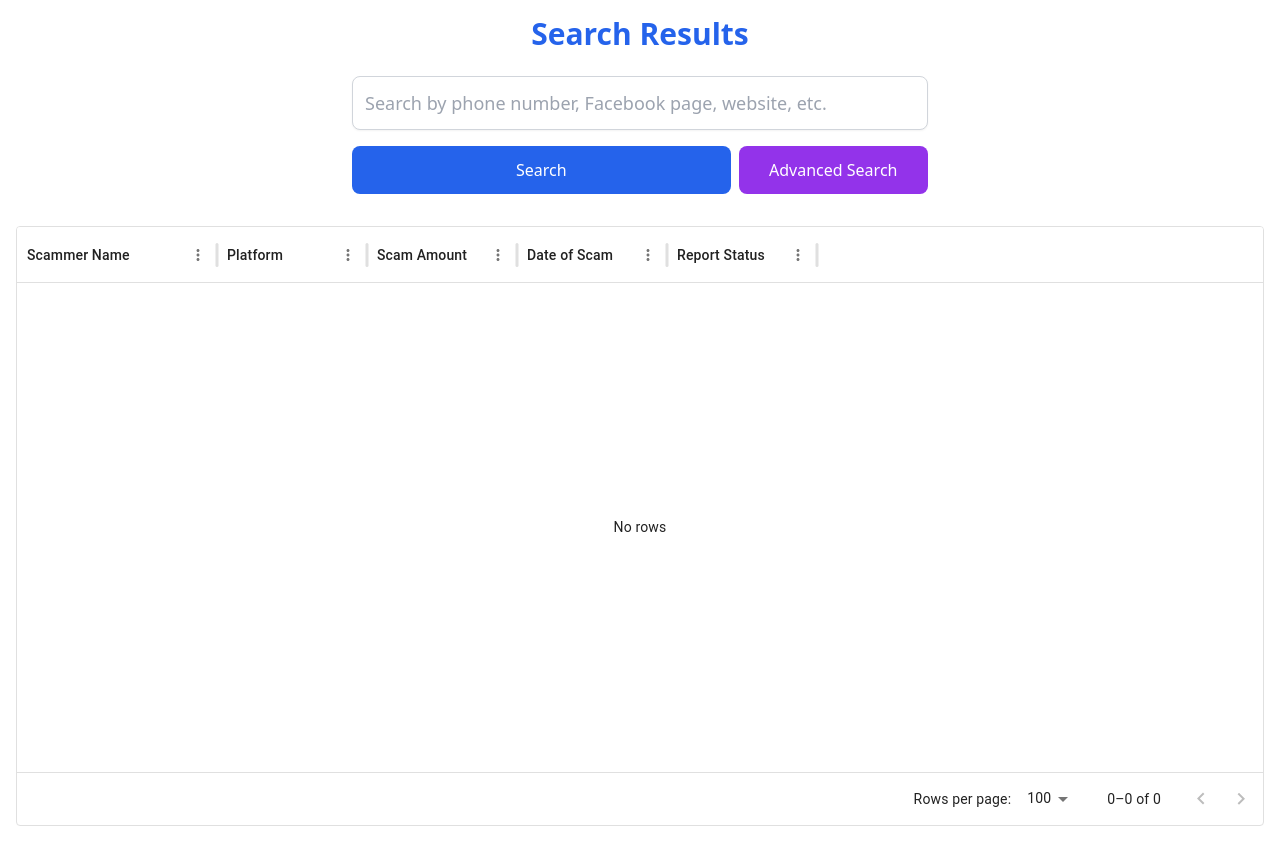
Repository: dev-athar/protarok
Page: /advanced-search
An editor plug-in stored every save of this project. The page is shown before and after the next save, followed by the edit.
The browser window is 1280 px wide. The pictures show the whole page.
The project was rebuilt for these pictures with package versions that can differ from the ones it lists, and the page was loaded fresh each time. Also part of the build but not shown: vite.config.ts, src/pages/RecentScamsList.tsx, src/pages/HomePage.tsx, src/pages/SubmitScamPage.tsx, src/pages/ImageUploader.tsx, src/pages/SearchPage.tsx, src/pages/ImageSection.tsx, src/pages/ScamDetailPage.tsx.

Above is the page before, as saved 2025-01-01 17:43:47.

### src/main.tsx
import { StrictMode } from "react";
import { createRoot } from "react-dom/client";
import "./index.css";
// import "./styles.css";
import App from "./App.tsx";

createRoot(document.getElementById("root")!).render(
  <StrictMode>
    <App />
  </StrictMode>
);

### src/App.tsx
// src/App.js
import { BrowserRouter as Router, Routes, Route } from "react-router-dom";
import HomePage from "./pages/HomePage";
import SubmitScamPage from "./pages/SubmitScamPage";
import ImageUploader from "./pages/ImageUploader";
import AdvancedSearchPage from "./pages/AdvancedSearchPage";
import SearchPage from "./pages/SearchPage";
import ScamDetailPage from "./pages/ScamDetailPage";

function App() {
  return (
    <Router>
      <Routes>
        <Route path="/" element={<HomePage />} />
        <Route path="/search" element={<SearchPage />} />
        <Route path="/advanced-search" element={<AdvancedSearchPage />} />
        <Route path="/submit-scam" element={<SubmitScamPage />} />
        <Route path="/test" element={<ImageUploader />} />
        <Route path="/scam-detail/:id" element={<ScamDetailPage />} />
      </Routes>
    </Router>
  );
}

export default App;

### src/pages/AdvancedSearchPage.tsx
//    scamProfileName: "Scammer1",
// platform: "Social Media",
// scamAmount: "$500",
// dateOfScam: "2024-12-20",
//bankDetails
//paymentPlatform

import React, { useState, useEffect } from "react";
import { DataGrid } from "@mui/x-data-grid";
import { useLocation } from "react-router-dom";
import SearchBar from "./SearchBar";
import { supabase } from "../supabase"; // Ensure you have the supabase client setup

const AdvancedSearchPage = () => {
  const location = useLocation();
  const queryParams = new URLSearchParams(location.search);
  const initialSearchTerm = queryParams.get("query") || "";
  const [searchTerm, setSearchTerm] = useState(initialSearchTerm);
  const [searchResults, setSearchResults] = useState([]);
  const [loading, setLoading] = useState(false);

  useEffect(() => {
    const fetchSearchResults = async () => {
      if (searchTerm.trim() === "") {
        setSearchResults([]);
        return;
      }

      setLoading(true);

      try {
        const { data, error } = await supabase
          .from("scamReports")
          .select(
            "scamProfileName, platform, scamAmount, dateOfScam, reportStatus"
          )
          .ilike("scamProfileName", `%${searchTerm}%`);

        if (error) throw error;

        setSearchResults(data);
      } catch (error) {
        console.error("Error fetching search results:", error);
        setSearchResults([]);
      } finally {
        setLoading(false);
      }
    };

    fetchSearchResults();
  }, [searchTerm]);

  const handleSearch = (newSearchTerm) => {
    setSearchTerm(newSearchTerm);
  };

  const columns = [
    { field: "scamProfileName", headerName: "Scammer Name", width: 200 },
    { field: "platform", headerName: "Platform", width: 150 },
    { field: "scamAmount", headerName: "Scam Amount", width: 150 },
    { field: "dateOfScam", headerName: "Date of Scam", width: 150 },
    { field: "reportStatus", headerName: "Report Status", width: 150 },
  ];

  return (
    <div className="p-4">
      <header className="text-center mb-6">
        <h1 className="text-3xl font-bold text-blue-600">Search Results</h1>
      </header>
      <SearchBar onSearch={handleSearch} initialQuery={searchTerm} />
      <div style={{ height: 600, width: "100%", backgroundColor: "white" }}>
        <DataGrid
          rows={searchResults}
          columns={columns}
          pageSize={5}
          rowsPerPageOptions={[5, 10, 20]}
          loading={loading}
          getRowId={(row) => row.scamProfileName}
          disableSelectionOnClick
        />
      </div>
    </div>
  );
};

export default AdvancedSearchPage;

### src/pages/SearchBar.tsx
// src/components/SearchBar.js
import { useState, useEffect } from "react";
import { useNavigate } from "react-router-dom";

function SearchBar({ initialQuery = "", onSearch }) {
  const [searchTerm, setSearchTerm] = useState(initialQuery);
  const navigate = useNavigate();

  useEffect(() => {
    setSearchTerm(initialQuery);
  }, [initialQuery]);

  const handleSearch = () => {
    if (searchTerm.trim() !== "") {
      navigate(`/search?query=${encodeURIComponent(searchTerm)}`);
      if (onSearch) onSearch(searchTerm);
    }
  };

  const handleAdvancedSearch = () => {
    if (searchTerm.trim() !== "") {
      navigate(`/advanced-search?query=${encodeURIComponent(searchTerm)}`);
      if (onSearch) onSearch(searchTerm);
    }
  };

  return (
    <div className="max-w-xl mx-auto mb-8">
      <input
        type="text"
        className="w-full p-3 text-lg border border-gray-300 rounded-lg shadow-sm focus:outline-none focus:ring-2 focus:ring-blue-500"
        placeholder="Search by phone number, Facebook page, website, etc."
        value={searchTerm}
        onChange={(e) => setSearchTerm(e.target.value)}
        onKeyDown={(e) => e.key === "Enter" && handleSearch()}
      />
      <div className="flex justify-between items-center mt-4">
        <button
          onClick={handleSearch}
          className="w-2/3 bg-blue-600 text-white py-3 px-4 rounded-lg hover:bg-blue-700 transition duration-300 mr-2"
        >
          Search
        </button>
        <button
          onClick={handleAdvancedSearch}
          className="w-1/3 bg-purple-600 text-white py-3 px-4 rounded-lg hover:bg-purple-700 transition duration-300"
        >
          Advanced Search
        </button>
      </div>
    </div>
  );
}

export default SearchBar;

### src/supabase.js
// src/supabase.js
import { createClient } from "@supabase/supabase-js";

// Replace with your Supabase project details
const SUPABASE_URL = "https://sifneaujnvssmmholqep.supabase.co";
const SUPABASE_ANON_KEY =
  "eyJhbGciOiJIUzI1NiIsInR5cCI6IkpXVCJ9.eyJpc3MiOiJzdXBhYmFzZSIsInJlZiI6InNpZm5lYXVqbnZzc21taG9scWVwIiwicm9sZSI6ImFub24iLCJpYXQiOjE3MzU1Nzg3OTYsImV4cCI6MjA1MTE1NDc5Nn0.zF7HMOg0-BrktsjLbYnVq5kqcp5-WHRwPWzEX9ggRew";

export const supabase = createClient(SUPABASE_URL, SUPABASE_ANON_KEY);

### tailwind.config.js
/** @type {import('tailwindcss').Config} */
// export default {
module.exports = {
  content: ["./index.html", "./src/**/*.{js,ts,jsx,tsx}"],
  theme: {
    extend: {},
  },
  plugins: [],
};

Loaded but not shown: index.html (common file); src/index.css (common file)

After the next save:
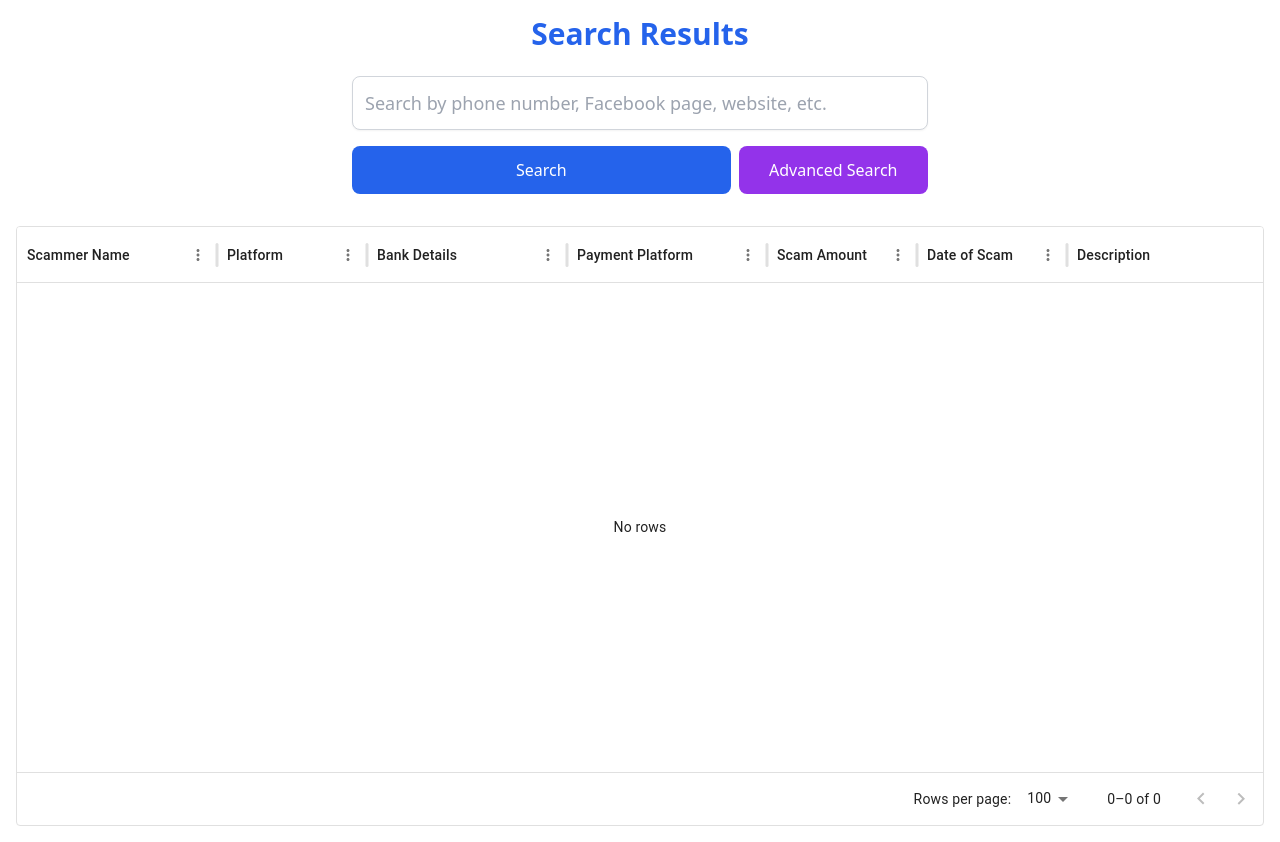
Saved 2 min 10 s later.
--- a/src/pages/AdvancedSearchPage.tsx
+++ b/src/pages/AdvancedSearchPage.tsx
@@ -1,10 +1,3 @@
-//    scamProfileName: "Scammer1",
-// platform: "Social Media",
-// scamAmount: "$500",
-// dateOfScam: "2024-12-20",
-//bankDetails
-//paymentPlatform
-
 import React, { useState, useEffect } from "react";
 import { DataGrid } from "@mui/x-data-grid";
 import { useLocation } from "react-router-dom";
@@ -32,7 +25,7 @@ const AdvancedSearchPage = () => {
         const { data, error } = await supabase
           .from("scamReports")
           .select(
-            "scamProfileName, platform, scamAmount, dateOfScam, reportStatus"
+            "scamProfileName, platform, bankDetails, paymentPlatform, scamAmount, dateOfScam, description, proof, additionalEvidence, victimContactInfo, scamProfileUrl, reportStatus"
           )
           .ilike("scamProfileName", `%${searchTerm}%`);
 
@@ -57,8 +50,23 @@ const AdvancedSearchPage = () => {
   const columns = [
     { field: "scamProfileName", headerName: "Scammer Name", width: 200 },
     { field: "platform", headerName: "Platform", width: 150 },
+    { field: "bankDetails", headerName: "Bank Details", width: 200 },
+    { field: "paymentPlatform", headerName: "Payment Platform", width: 200 },
     { field: "scamAmount", headerName: "Scam Amount", width: 150 },
     { field: "dateOfScam", headerName: "Date of Scam", width: 150 },
+    { field: "description", headerName: "Description", width: 300 },
+    { field: "proof", headerName: "Proof", width: 200 },
+    {
+      field: "additionalEvidence",
+      headerName: "Additional Evidence",
+      width: 200,
+    },
+    {
+      field: "victimContactInfo",
+      headerName: "Victim Contact Info",
+      width: 200,
+    },
+    { field: "scamProfileUrl", headerName: "Scammer Profile URL", width: 250 },
     { field: "reportStatus", headerName: "Report Status", width: 150 },
   ];
 
